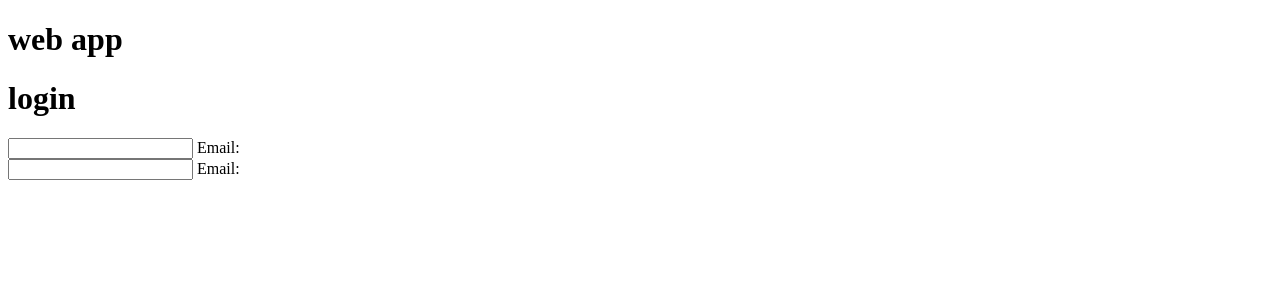
Repository: PcarloP/java_se
Page: http://localhost/anagraficaweb/home2.jsp
These files come from the project's save history. The page is drawn as it stood at one moment and after the next save; the edit follows.
The browser window is 1280 px wide. The pictures show the whole page.
The page is served by Tomcat 10.

Above is the page before, as saved 2025-06-19 13:15:38.

After the next save:
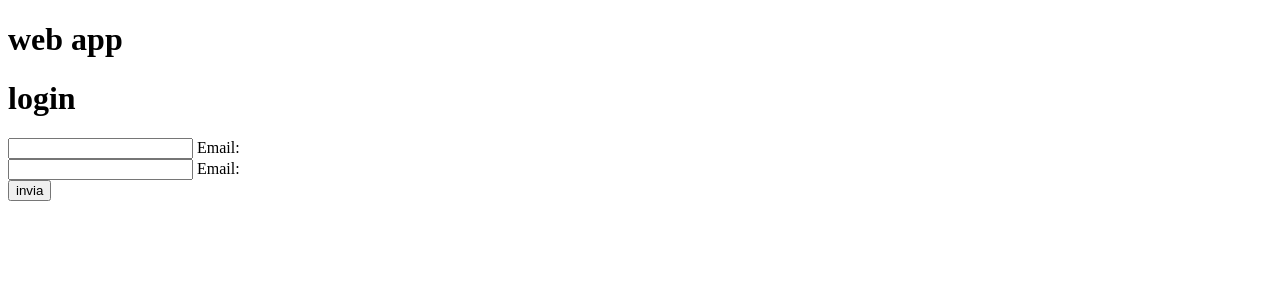
Saved 13 s later.
--- a/anagraficaweb/WebContent/home2.jsp
+++ b/anagraficaweb/WebContent/home2.jsp
@@ -26,11 +26,11 @@
 						for="password">Email:</label>
 				</div>
 
-                       <div>
-                       <input type="submit" value=">
+
+                       <input type="submit" value="invia">
 
 
-                       </div>
+
 
 			</form>
 		</main>
